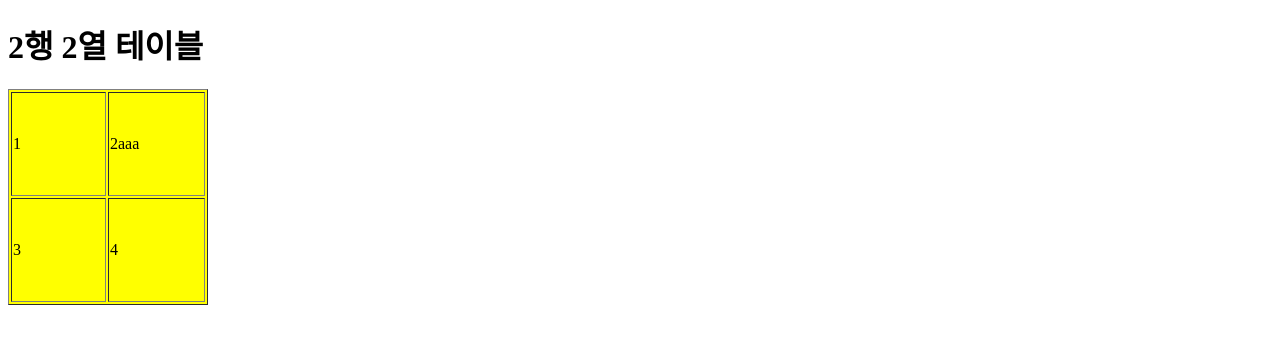
Repository: ssj5037/Class-Study
Page: [5] HTML, CSS, JavaScript/ClientTest/WebContent/Ex14_table.html
These files come from the project's save history. The page is drawn as it stood at one moment and after the next save; the edit follows.
The browser window is 1280 px wide. The pictures show the whole page.

Above is the page before, as saved 2020-06-19 07:18:45.

### [5] HTML, CSS, JavaScript/ClientTest/WebContent/Ex14_table.html
<!DOCTYPE html>
<html>
<head>
<meta charset="UTF-8">
<title>Insert title here</title>
</head>
<body>
	<!--

		Ex14_table.html

		<table>, 표
		- 표 만들 때 사용
		- 레이아웃 만들 때 사용 -> 잘 안씀 -> <div> + CSS 사용

		1. <table>
			- 큰 상자
			- 전체 컨테이너
		2. <tr>
			- 중간 상자
			- 행 역할
		3. <td>
			- 작은 상자
			- 셀 역할
			- 테이블의 데이터는 <td>가 가진다.

	 -->

	 <h1>2행 2열 테이블</h1>

	 <table border="1" width="200" height="200" bgcolor="yellow">
	 	<tr>
	 		<td width="100" height="100">1</td>
	 		<td width="100">2aaa</td>
	 	</tr>
	 	<tr>
	 		<td height="100">3</td>
	 		<td>4</td>
	 	</tr>
	 </table>

</body>
</html>

After the next save:
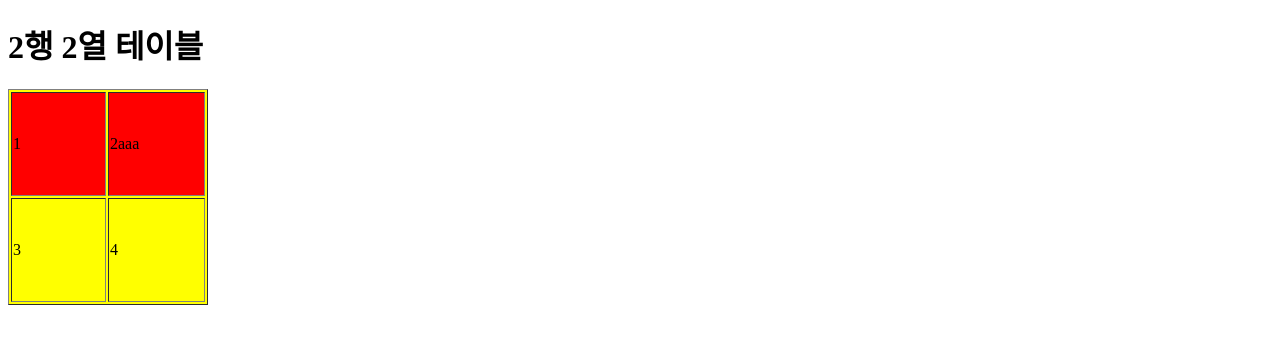
Saved 52 s later.
--- a/[5] HTML, CSS, JavaScript/ClientTest/WebContent/Ex14_table.html
+++ b/[5] HTML, CSS, JavaScript/ClientTest/WebContent/Ex14_table.html
@@ -29,7 +29,7 @@
 	 <h1>2행 2열 테이블</h1>
 
 	 <table border="1" width="200" height="200" bgcolor="yellow">
-	 	<tr>
+	 	<tr bgcolor = "red">
 	 		<td width="100" height="100">1</td>
 	 		<td width="100">2aaa</td>
 	 	</tr>
